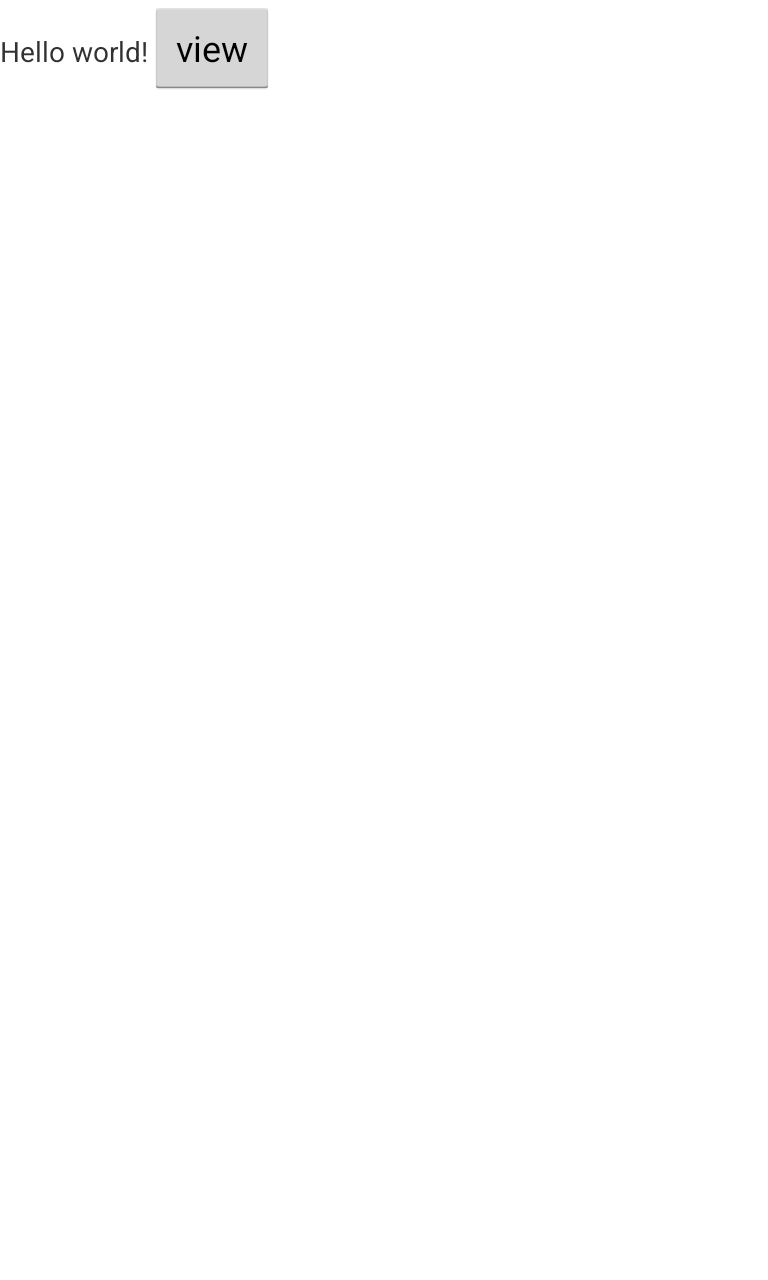
Repository: libelosophy/anjoyo
Layout: workspace/AndoridDemo/res/layout/activity_simple_adapter_demo.xml
An editor plug-in stored every save of this project. The layout is shown before and after the next save, followed by the edit.
It is drawn on a 768 x 1280 px phone screen (xhdpi) without system bars, with theme AppTheme; the app's code is not run.

Above is the layout before, as saved 2013-09-11 02:25:12.

### workspace/AndoridDemo/res/layout/activity_simple_adapter_demo.xml
<LinearLayout xmlns:android="http://schemas.android.com/apk/res/android"
    xmlns:tools="http://schemas.android.com/tools"
    android:layout_width="match_parent"
    android:layout_height="match_parent"
    tools:context=".SimpleAdapterDEMO" >

    <TextView
        android:id="@+id/name_Tv"
        android:layout_width="wrap_content"
        android:layout_height="wrap_content"
        android:text="@string/hello_world" />
    <ImageView
        android:id="@+id/icon_Iv"
        android:layout_width="wrap_content"
        android:layout_height="wrap_content"

        android:contentDescription="@string/todo"/>

    <Button
        android:id="@+id/ok_Btn"
        android:layout_width="wrap_content"
        android:layout_height="wrap_content"
        android:text="@string/view" />

</LinearLayout>

### workspace/AndoridDemo/res/values/strings.xml
<?xml version="1.0" encoding="utf-8"?>
<resources>

    <string name="app_name">Lanucher</string>
    <string name="action_settings">Settings</string>
    <string name="hello_world">Hello world!</string>
    <string name="title_activity_intent_demo">SayHello</string>
    <string name="title_activity_inner_intent_demo">InnerIntentDemo</string>
    <string name="user_account">Account:</string>
    <string name="accout_tips">Input account</string>
    <string name="passwd_tips">Input passwd</string>

    <!--
         <string name="ok">OK</string>
    <string name="cancel">Cancel</string>

    -->

    <string name="user"> 帐户</string>
    <string name="passwd">密码</string>
    <string name="tips_user">输入QQ号 </string>
    <string name="tips_passwd">输入密码 </string>
    <string name="ok">确定</string>
    <string name="cancel">取消</string>
    <string name="title_activity_adater_demo">AdaterDemo</string>
    <string name="title_activity_simple_adapter_demo">SimpleAdapterDEMO</string>
    <string name="todo">TODO</string>
    <string name="view">view</string>

</resources>

Loaded but not shown: workspace/AndoridDemo/res/values/styles.xml (common file); workspace/AndoridDemo/res/values-v11/styles.xml (common file); workspace/AndoridDemo/res/values-v14/styles.xml (common file)

After the next save:
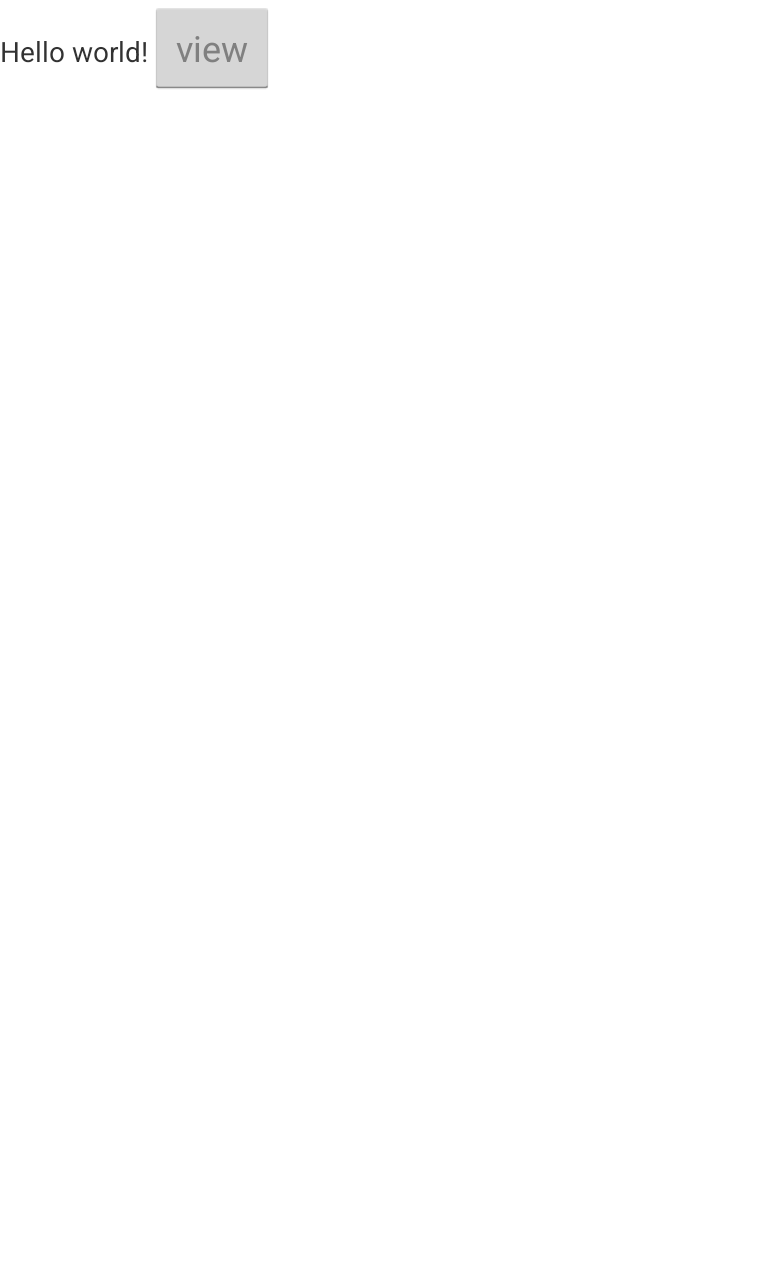
Saved 68 s later.
--- a/workspace/AndoridDemo/res/layout/activity_simple_adapter_demo.xml
+++ b/workspace/AndoridDemo/res/layout/activity_simple_adapter_demo.xml
@@ -20,6 +20,6 @@
         android:id="@+id/ok_Btn"
         android:layout_width="wrap_content"
         android:layout_height="wrap_content"
-        android:text="@string/view" />
+        android:hint="@string/view" />
 
 </LinearLayout>
